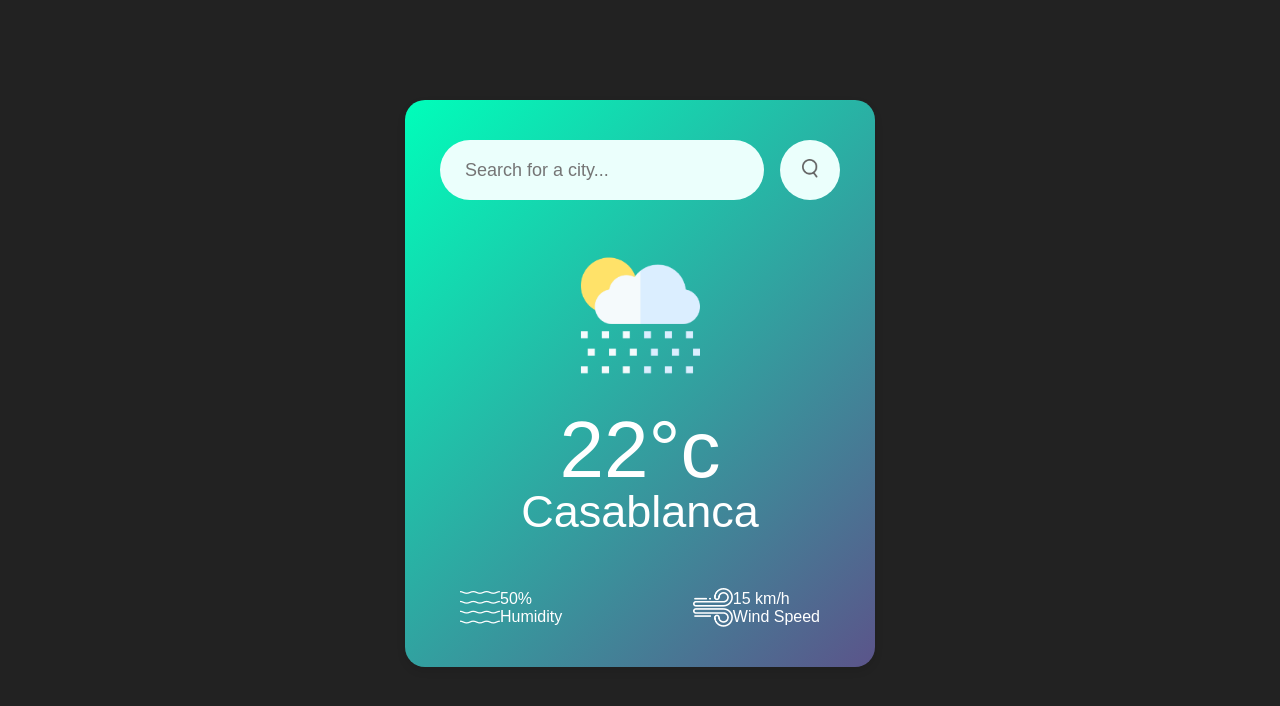
Repository: Abdelilah-Lakrim/Weather-App
Page: index.html
The author's editor kept a copy of each file at every save. The page is drawn from the files as they stood at one save, then again after a run of saves.
The browser window is 1280 px wide. The pictures show the whole page.

Above is the page before, as saved 2025-06-17 11:19:10.

After the next 3 saves:
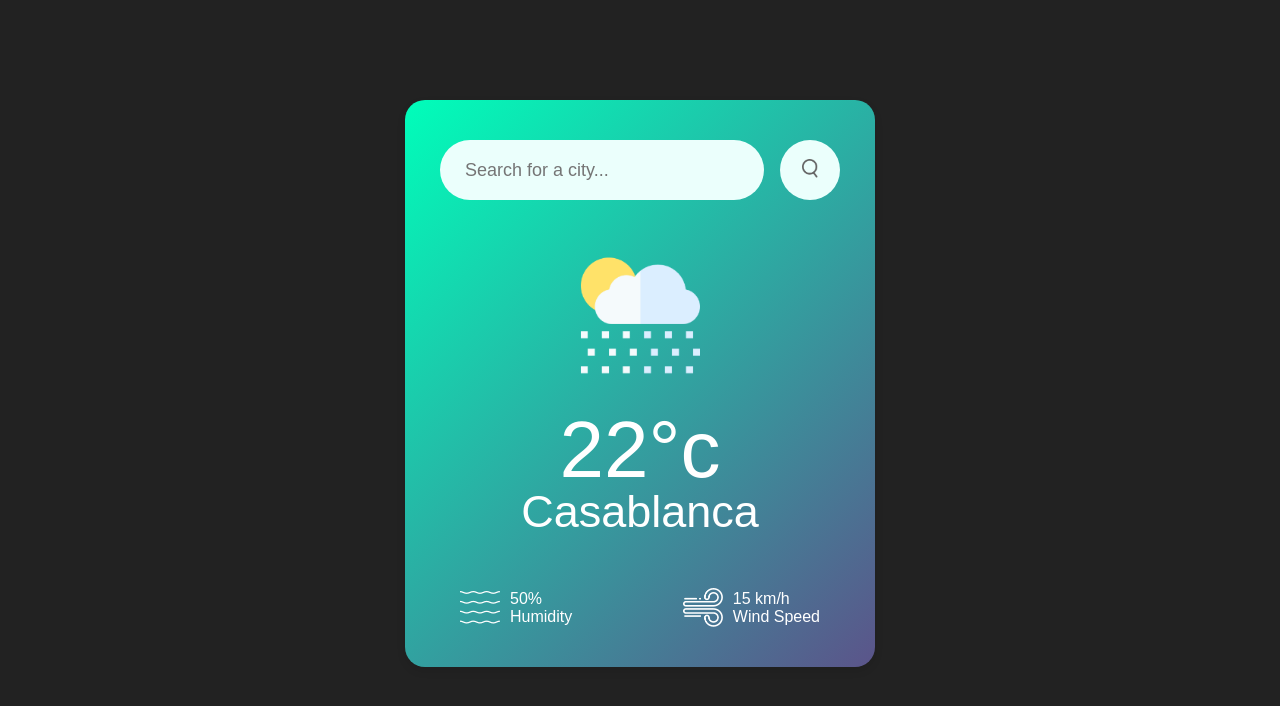
The 3 saves are shown as one change because they came seconds apart.
The last was saved 7 s later.
--- a/style.css
+++ b/style.css
@@ -85,6 +85,6 @@ body{
 }
 .col img{
     width: 40px;
-    margin
+    margin-right: 10px;
 
 }
